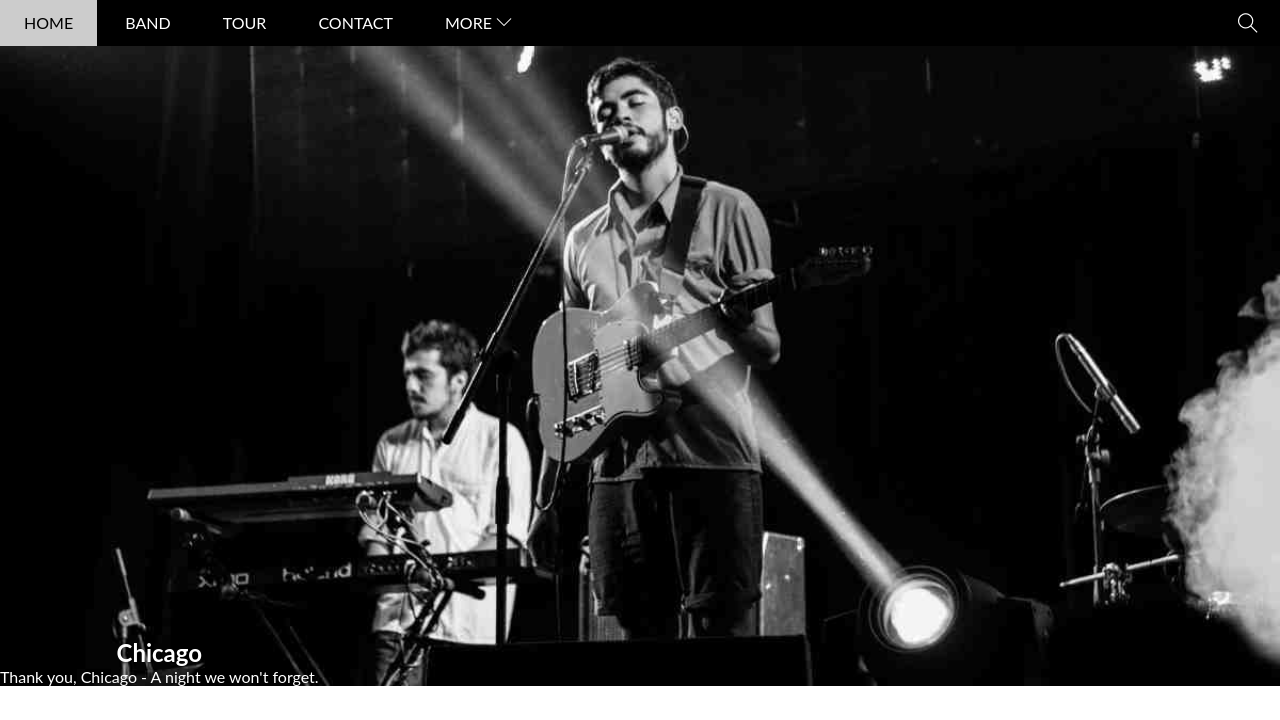
Repository: tatvanhco/web-dau-tay
Page: index.html
An editor plug-in stored every save of this project. The page is shown before and after the next save, followed by the edit.
The browser window is 1280 px wide. The pictures show the whole page.

Above is the page before, as saved 2022-01-23 17:59:38.

### index.html
<!DOCTYPE html>
<html lang="en">
<head>
    <meta charset="UTF-8">
    <!-- <meta http-equiv="X-UA-Compatible" content="IE=edge"> -->
    <meta name="viewport" content="width=device-width, initial-scale=1.0">
    <title>the band</title>
    <link rel="shortcut icon" href="./assets/img/band/logo.png" type="image/x-icon">
    <link rel="stylesheet" href="./assets/fronts/themify-icons/themify-icons.css">
    <link rel="stylesheet" href="./assets/css/style.css">
    <link rel="stylesheet" href="./assets/css/responsive.css">
</head>
<body>
    <div id="main">
        <div id="header">
            <ul id="nav">
                <li><a href="#">home</a></li>
                <li><a href="#">band</a></li>
                <li><a href="#">tour</a></li>
                <li><a href="#">contact</a></li>
                <li>
                    <a href="#">more
                        <i class="drop-down ti-angle-down"></i>
                    </a>
                    <div class="subnav">
                        <ul>
                            <li><a href="">Merchandise</a></li>
                            <li><a href="">Extras</a></li>
                            <li><a href="">Media</a></li>
                        </ul>
                    </div>
                </li>
            </ul>
            <div class="search-btn">
                <i class="search-icon ti-search"></i>
            </div>
        </div>
        <div id="slide">
            <div class="text-content">
                <h2 class="text-heading">Chicago</h2>
                <div class="text-desc">Thank you, Chicago - A night we won't forget.</div>
            </div>
        </div>
        <div id="content">

        </div>
        <div id="footer">

        </div>
    </div>
</body>
</html>

### assets/css/style.css
* {
    margin: 0;
    padding: 0;
    box-sizing: border-box;
}

body {
    font-family: "Lato", sans-serif;
}

#header {
    width: 100%;
    height: 46px;
    background-color: #000;
    position: fixed;
    top: 0;
    left: 0;
    right: 0;
}
#nav {
    display: inline-block;
}

#nav > li {
    display: inline-block;
}

#nav li {
    position: relative;
    list-style-type: none;
}

#nav > li > a {
    color: #fff;
    text-transform: uppercase;
}

#nav li a {
    text-decoration: none;
    padding: 0 24px;
    line-height: 46px;
    display: block;

}

#nav li:hover .subnav {
    display: block;
}

#nav .subnav li:hover a,
#nav > li:hover > a {
    background-color: #ccc;
    color: #000;
}

#nav .subnav {
    display: none;
    min-width: 160px;
    position: absolute;
    top: 100%;
    left: 0;
    background-color: #fff;
    box-shadow: 0 0 10px rgba(0, 0, 0, 0.3);
}

#nav .subnav a {
    color: #000;
    padding: 0px 24px;
    line-height: 38px;
}

#header .search-btn {
    float: right;
    padding: 0 22px;
    cursor: pointer;
}

#header .search-btn:hover {
    background-color: #f44336;
}

#header .search-icon {
    color: #fff;
    font-size: 20px;
    line-height: 46px;
}

#slide {
    position: relative;
    margin-top: 46px;
    padding-top: 50%;
    background: url(/assets/img/slider/chicago.jpg) top center / cover no-repeat;
}

#slide .text-content {
    color: #fff;
    position: absolute;
    bottom: 0;
    text-align: center;
    justify-content: center;
}

#slide .text-heading {

}

#slide .text-desc {

}

Loaded but not shown: assets/fronts/themify-icons/themify-icons.css (common file); assets/css/responsive.css (no copy from this time; the picture is the same without it)

After the next save:
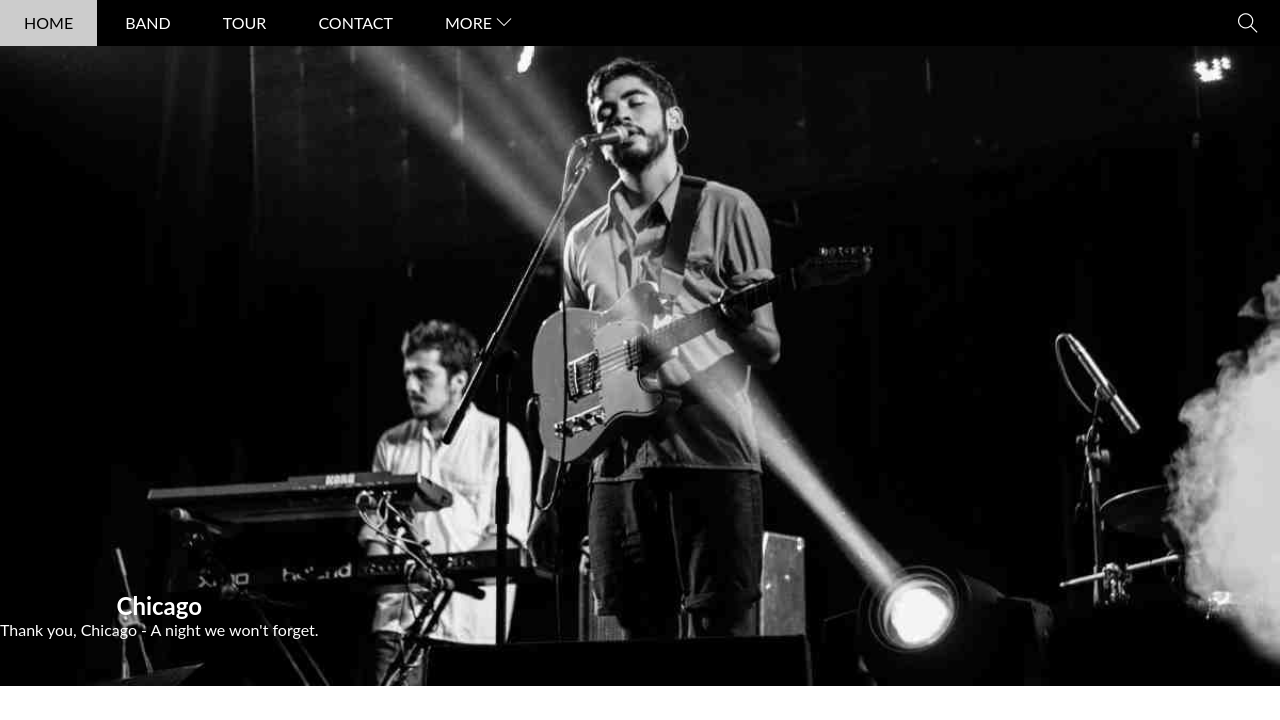
Saved 19 s later.
--- a/assets/css/style.css
+++ b/assets/css/style.css
@@ -95,7 +95,7 @@ body {
 #slide .text-content {
     color: #fff;
     position: absolute;
-    bottom: 0;
+    bottom: 47px;
     text-align: center;
     justify-content: center;
 }
